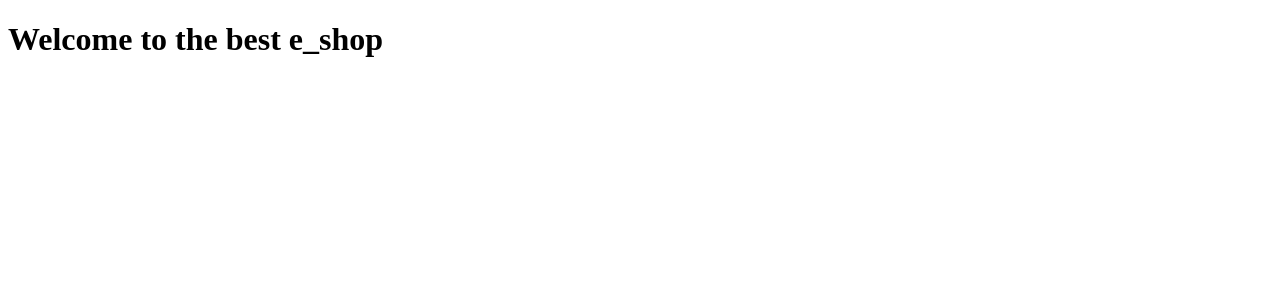
Repository: Anjara-Safidy/e_shop
Page: index.html
The author's editor kept a copy of each file at every save. The page is drawn from the files as they stood at one save, then again after the next save.
The browser window is 1280 px wide. The pictures show the whole page.

Above is the page before, as saved 2025-12-15 10:05:34.

After the next save:
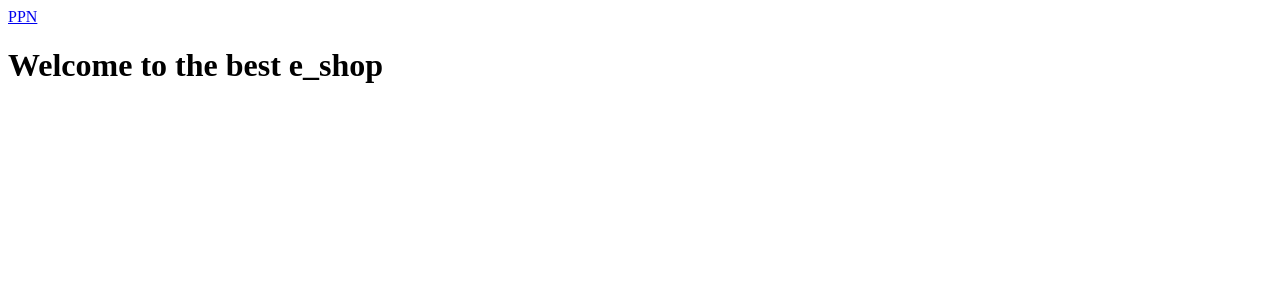
Saved 62 s later.
--- a/index.html
+++ b/index.html
@@ -6,6 +6,10 @@
     <title>e_shop</title>
 </head>
 <body>
+    <nav>
+        <a href="ppn.html">PPN</a>
+        <a href="pharmacie.html"></a>
+    </nav>
     <h1>Welcome to the best e_shop</h1>
 </body>
 </html>
